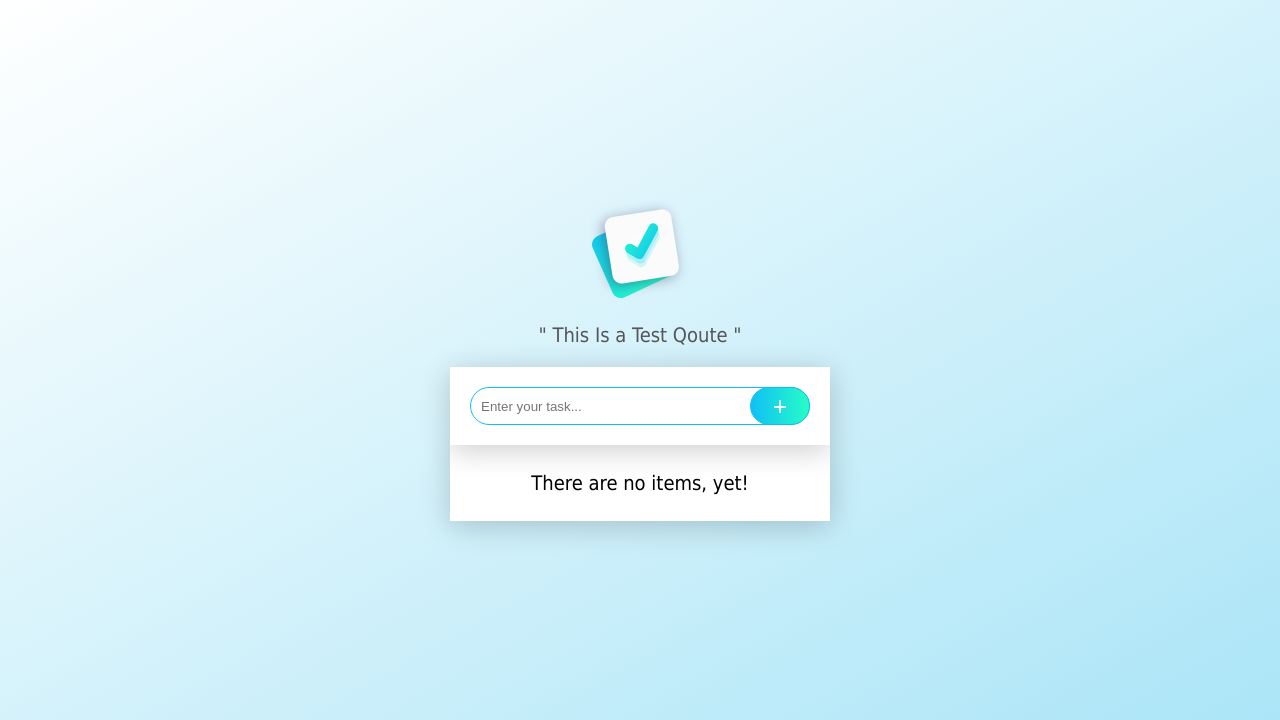
Repository: ahmedhamed15/React-Todo
Page: /
An editor plug-in stored every save of this project. The page is shown before and after the next save, followed by the edit.
The browser window is 1280 px wide. The pictures show the whole page.
The project was rebuilt for these pictures with package versions that can differ from the ones it lists, and the page was loaded fresh each time. Also part of the build but not shown: src/components/Todos/TodoItem/index.js.

Above is the page before, as saved 2021-07-27 02:13:58.

### src/index.js
import React from 'react';
import ReactDOM from 'react-dom';
import './index.scss';
import App from './App';

ReactDOM.render(<App />,document.getElementById('root'));

### src/index.scss
html {
  background-image: linear-gradient(to right bottom, #ffffff, #abe5f7);
  height: 100%;
  display: flex;
}
body {
  width: 100%;
  margin: auto;
  margin: 0;
  padding: 0;
  font-family: 'tahoma', arial;
}

#root {
  height: 100%;
}
.App {
  display: flex;
  flex-direction: column;
  justify-content: center;
  height: 100%;
}

/* width */
::-webkit-scrollbar {
  width: 5px;
}

/* Track */
::-webkit-scrollbar-track {
  background: #f1f1f1;
}

/* Handle */
::-webkit-scrollbar-thumb {
  background-image: linear-gradient(to bottom, #0FC0F5, #27FDC7);
}

/* Handle on hover */
::-webkit-scrollbar-thumb:hover {
  background-image: linear-gradient(to bottom, #27FDC7, #0FC0F5);
}

### src/App.js
import MainLogo from "./components/MainLogo";
import Qoute from "./components/Qoute";
import TodoList from "./components/Todos/TodoList";

function App() {
  return (
    <section className="App">
      <MainLogo />
      <Qoute />
      <TodoList />
    </section>
  );
}

export default App;

### src/components/MainLogo/index.js
import "./style.scss"

const index = () => {
    return (
        <section className="main-logo">
            <svg width="100px" height="100px" viewBox="0 0 100 100" version="1.1" xmlns="http://www.w3.org/2000/svg" xmlnsXlink="http://www.w3.org/1999/xlink">
                <desc>Created with Sketch.</desc>
                <defs>
                <linearGradient x1="34.9523037%" y1="0%" x2="116.039609%" y2="115.484477%" id="linearGradient-1">
                    <stop stopColor="#27FDC7" offset="0%"></stop>
                    <stop stopColor="#0FC0F5" offset="100%"></stop>
                </linearGradient>
                <rect id="path-2" x="19.8783454" y="5.46149939" width="67.2578578" height="67.2008596" rx="8.99999976"></rect>
                <filter x="-35.7%" y="-28.3%" width="162.4%" height="162.5%" filterUnits="objectBoundingBox" id="filter-3">
                    <feOffset dx="-3" dy="2" in="SourceAlpha" result="shadowOffsetOuter1"></feOffset>
                    <feGaussianBlur stdDeviation="6.5" in="shadowOffsetOuter1" result="shadowBlurOuter1"></feGaussianBlur>
                    <feColorMatrix values="0 0 0 0 0.0296505968   0 0 0 0 0.0172602666   0 0 0 0 0.100446429  0 0 0 0.423177083 0" type="matrix" in="shadowBlurOuter1"></feColorMatrix>
                </filter>
                <linearGradient x1="0%" y1="0%" x2="115.291753%" y2="112.548614%" id="linearGradient-4">
                    <stop stopColor="#27FDC7" offset="0%"></stop>
                    <stop stopColor="#0FC0F5" offset="83.2001616%"></stop>
                    <stop stopColor="#27FDC7" offset="100%"></stop>
                </linearGradient>
                <path d="M40.2086259,6.21042694 C39.2480415,5.24152695 38.1027468,4.75708888 36.7727039,4.75708888 C35.4426658,4.75708888 34.3096854,5.24152695 33.3737297,6.21042694 L16.3049725,23.7622477 L12.0193093,19.3649757 C11.0833536,18.3960804 9.9503732,17.9116376 8.62033507,17.9116376 C7.29029269,17.9116376 6.14499751,18.3960804 5.1844131,19.3649757 C4.24845898,20.3338709 3.78048896,21.5077058 3.78048896,22.8865186 C3.78048896,24.2653314 4.24845898,25.4391663 5.1844131,26.4080615 L12.8690505,34.3082476 C13.8296349,35.2771428 14.9749296,35.7615833 16.3049725,35.7615833 C17.6350106,35.7615833 18.767991,35.2771428 19.7039467,34.3082476 L40.2086259,13.2535128 C41.1445816,12.2597758 41.61255,11.0797257 41.61255,9.71333379 C41.61255,8.34694665 41.1445816,7.17932216 40.2086259,6.21042694 Z" id="path-5"></path>
                <filter x="-51.5%" y="-62.9%" width="203.1%" height="225.8%" filterUnits="objectBoundingBox" id="filter-6">
                    <feOffset dx="0" dy="0" in="SourceAlpha" result="shadowOffsetOuter1"></feOffset>
                    <feGaussianBlur stdDeviation="6.5" in="shadowOffsetOuter1" result="shadowBlurOuter1"></feGaussianBlur>
                    <feColorMatrix values="0 0 0 0 1   0 0 0 0 1   0 0 0 0 1  0 0 0 0.588937953 0" type="matrix" in="shadowBlurOuter1"></feColorMatrix>
                </filter>
                </defs>
                <g id="Page-1" stroke="none" strokeWidth="1" fill="none" fillRule="evenodd">
                <g id="Artboard-2" transform="translate(-214.000000, -272.000000)">
                    <g id="Group-4" transform="translate(201.000000, 269.000000)">
                        <g id="Group-3" transform="translate(58.787474, 58.534712) rotate(-6.000000) translate(-58.787474, -58.534712) translate(5.642436, 5.434712)">
                            <g id="Group-2" transform="translate(52.899385, 53.035097) rotate(7.000000) translate(-52.899385, -53.035097) translate(5.609309, 5.785097)">
                            <path d="M20.0219734,15.1240886 L74.1829282,14.1930575 C79.1527566,14.1076258 83.2508546,18.0672116 83.3362864,23.03704 C83.3371726,23.0885978 83.3376158,23.1401624 83.3376158,23.1917278 L83.3376158,72.0429044 C83.3376158,76.9531616 79.4018358,80.9571794 74.4923039,81.0415747 L20.3313491,81.9726057 C15.3615207,82.0580374 11.2634227,78.0984516 11.1779909,73.1286232 C11.1771047,73.0770654 11.1766615,73.0255009 11.1766615,72.9739354 L11.1766615,24.1227589 C11.1766615,19.2125016 15.1124415,15.2084838 20.0219734,15.1240886 Z" id="Rectangle" fill="url(#linearGradient-1)" transform="translate(47.257139, 48.082832) scale(-1, -1) rotate(-25.000000) translate(-47.257139, -48.082832) "></path>
                            <g id="Rectangle" transform="translate(53.507274, 39.061929) rotate(-10.000000) translate(-53.507274, -39.061929) ">
                                <use fill="black" fillOpacity="1" filter="url(#filter-3)" xlinkHref="#path-2"></use>
                                <use fill="#FBFBFB" fillRule="evenodd" xlinkHref="#path-2"></use>
                            </g>
                            </g>
                        </g>
                        <g id="Group-5" transform="translate(43.000000, 26.000000)">
                            <path d="M41.1093892,10.5623533 C40.1488048,9.59345333 39.0035101,9.10901526 37.6734673,9.10901526 C36.3434291,9.10901526 35.2104488,9.59345333 34.274493,10.5623533 L17.2057358,28.1141741 L12.9200727,23.716902 C11.9841169,22.7480068 10.8511366,22.263564 9.52109843,22.263564 C8.19105605,22.263564 7.04576086,22.7480068 6.08517646,23.716902 C5.14922234,24.6857973 4.68125232,25.8596322 4.68125232,27.238445 C4.68125232,28.6172578 5.14922234,29.7910927 6.08517646,30.7599879 L13.7698139,38.660174 C14.7303983,39.6290692 15.875693,40.1135096 17.2057358,40.1135096 C18.535774,40.1135096 19.6687543,39.6290692 20.6047101,38.660174 L41.1093892,17.6054392 C42.045345,16.6117022 42.5133134,15.4316521 42.5133134,14.0652602 C42.5133134,12.698873 42.045345,11.5312485 41.1093892,10.5623533 Z" id="Page-1" fill="url(#linearGradient-4)" opacity="0.3" transform="translate(23.597283, 24.611262) rotate(-16.000000) translate(-23.597283, -24.611262) "></path>
                            <path d="M42.0101526,14.2623533 C41.0495682,13.2934533 39.9042735,12.8090153 38.5742306,12.8090153 C37.2441925,12.8090153 36.1112121,13.2934533 35.1752564,14.2623533 L18.1064992,31.8141741 L13.820836,27.416902 C12.8848803,26.4480068 11.7518999,25.963564 10.4218618,25.963564 C9.09181941,25.963564 7.94652422,26.4480068 6.98593982,27.416902 C6.78271177,27.6272827 6.60154798,27.8473258 6.4424483,28.0770317 C5.8688243,28.9052219 5.58201568,29.8590202 5.58201568,30.938445 C5.58201568,32.3172578 6.04998569,33.4910927 6.98593982,34.4599879 L14.6705772,42.360174 C15.6311616,43.3290692 16.7764563,43.8135096 18.1064992,43.8135096 C19.4365373,43.8135096 20.5695177,43.3290692 21.5054734,42.360174 L42.0101526,21.3054392 C42.9461083,20.3117022 43.4140767,19.1316521 43.4140767,17.7652602 C43.4140767,16.398873 42.9461083,15.2312485 42.0101526,14.2623533 Z" id="Page-1" fill="url(#linearGradient-4)" opacity="0.2" transform="translate(24.498046, 28.311262) rotate(-16.000000) translate(-24.498046, -28.311262) "></path>
                            <g id="Page-1" transform="translate(22.696519, 20.259336) rotate(-16.000000) translate(-22.696519, -20.259336) ">
                            <use fill="black" fillOpacity="1" filter="url(#filter-6)" xlinkHref="#path-5"></use>
                            <use fill="url(#linearGradient-4)" fillRule="evenodd" xlinkHref="#path-5"></use>
                            </g>
                        </g>
                    </g>
                </g>
                </g>
            </svg>
        </section>
    )
}

export default index

### src/components/Qoute/index.js
import "./style.scss"

const index = () => {
    return (
        <section className="qoute">
            <blockquote> This Is a Test Qoute </blockquote>
        </section>
    )
}

export default index

### src/components/Todos/TodoList/index.js
import React, {useState} from 'react';
import TodoItem from "../TodoItem";
import TodoFrom from "../TodoForm";
import "./style.scss"

const Index = () => {

    // Main State
    const [state, setState] = useState({
        tasks: localStorage.getItem('tasks') ? JSON.parse(localStorage.getItem('tasks')) : [],
        error: ''
    });

    // Add A New Item
    const addNewItem = (title) => {
        if (title.trim() !== '') {
            let newItems = {
                    id: Math.random(),
                    title,
                    done: false
                };
            setState({
                tasks: [...state.tasks, newItems],
                error: ''
            });
            localStorage.setItem('tasks', JSON.stringify([...state.tasks, newItems]));
        } else {
            setState({
                tasks: [...state.tasks],
                error: "You must add real value!"
            });
            localStorage.setItem('tasks', JSON.stringify([...state.tasks]));
        }
    }

    // Set Item State
    const setItemState = (id) => {
        let curItems = [...state.tasks],
            newItems = curItems.map( (item) => {
                if (item.id === id) {
                    item.done = !item.done;
                    return item;
                }
                return item;
            });
        setState({
            tasks: newItems,
            error: ''
        });
        localStorage.setItem('tasks', JSON.stringify(newItems));
    }

    // Delete an Item
    const deleteItem = (id) => {
        let curItems = [...state.tasks],
            newItems = curItems.filter( (item) => item.id !== id);
        setState({
            tasks: newItems,
            error: ''
        });
        localStorage.setItem('tasks', JSON.stringify(newItems));
    }

    return (
        <section className="todos-list">

            {/* General SVG code for checkbox */}
            <svg viewBox="0 0 0 0" style={ {position: 'absolute', zIndex: '-1', opacity: '0'} }>
                <defs>
                <linearGradient id="boxGradient" gradientUnits="userSpaceOnUse" x1="0" y1="0" x2="25" y2="25">
                    <stop offset="0%"   stopColor="#27FDC7"/>
                    <stop offset="100%" stopColor="#0FC0F5"/>
                </linearGradient>

                <linearGradient id="lineGradient">
                    <stop offset="0%"    stopColor="#0FC0F5"/>
                    <stop offset="100%"  stopColor="#27FDC7"/>
                </linearGradient>

                <path id="todo__line" stroke="url(#lineGradient)" d="M21 12.3h168v0.1z"></path>
                <path id="todo__box" stroke="url(#boxGradient)" d="M21 12.7v5c0 1.3-1 2.3-2.3 2.3H8.3C7 20 6 19 6 17.7V7.3C6 6 7 5 8.3 5h10.4C20 5 21 6 21 7.3v5.4"></path>
                <path id="todo__check" stroke="url(#boxGradient)" d="M10 13l2 2 5-5"></path>
                <circle id="todo__circle" cx="13.5" cy="12.5" r="10"></circle>
                </defs>
            </svg>


            {/* Todo From */}
            <TodoFrom addNewItem={addNewItem} errorMsg={state.error} />

            {/* Todos List */}
            <div className="todo-list">
                {/* { state.error !== '' && (<div className="todo"> {state.error} </div>) } */}
                { state.tasks.length > 0 ? state.tasks.map( (item) => <TodoItem key={item.id} task={item} setItemState={setItemState} deleteItem={deleteItem} /> ) : (<div className="no-result"> There are no items, yet! </div>) }
            </div>

        </section>
    )
}

export default Index

### src/components/MainLogo/style.scss
.main-logo {
    text-align: center;
}

### src/components/Qoute/style.scss
.qoute {
    text-align: center;
    blockquote {
        font: {
            size: 20px;
            family: 'tahoma', arial;
            weight: 500;
        }
        color: #555;
        &::after,
        &::before {
            content: ' " ';
        }
    }
}

### src/components/Todos/TodoForm/index.js
import React, {useState} from "react";
import "./style.scss";

const Index = ({ addNewItem, errorMsg }) => {

    // Init Value
    const [state, setState] = useState('');

    // Submit Handle
    const submitHandle = (e) => {
        e.preventDefault();
        addNewItem(e.target.title.value);
        setState('');
    }

    return (
        <form className="todo-form" onSubmit={submitHandle}>
            <input type="text" className="todo-form__input-type" name="title" placeholder="Enter your task..." onChange={(e) => setState(e.target.value)} value={state} />
            <button type="submit" className="todo-form__button-type"> + </button>
            {errorMsg !== '' && (<div className="error-message"> {errorMsg} </div>)}
        </form>
    )
}

export default Index

### src/components/Todos/TodoList/style.scss
.todo-list {
    background: #FFF;
    font-size: 20px;
    max-width: 17em;
    margin: auto;
    padding: 0.5em 1em;
    box-shadow: 0 5px 30px rgba(0, 0, 0, 0.2);
    max-height: 345px;
    overflow-y: auto;
    overflow-x: hidden;
    direction: rtl;
}

### src/components/Todos/TodoItem/style.scss
  .todo {
    display: block;
    position: relative;
    padding: 1em 0.3em 1em 16%;
    margin: 0 auto;
    cursor: pointer;
    direction: ltr;
  }
  .no-result {
    padding: 1rem;
    text-align: center;
    direction: ltr;
  }
  .todo:last-child {
    border-bottom: none;
  }
  .todo__state {
    position: absolute;
    top: 0;
    left: 0;
    opacity: 0;
  }
  .todo__text {
    color: #135156;
    transition: all 0.4s linear 0.4s;
    padding-left: 0;
    text-align: left;
    word-break: break-word;
  }
  .todo__icon {
    position: absolute;
    top: 0;
    bottom: 0;
    left: 0;
    width: 100%;
    height: auto;
    margin: auto;
    fill: none;
    stroke: #27FDC7;
    stroke-width: 2;
    stroke-linejoin: round;
    stroke-linecap: round;
    z-index: 999;
  }
  .todo__line,
  .todo__box,
  .todo__check {
    transition: stroke-dashoffset 0.8s cubic-bezier(0.9, 0, 0.5, 1);
  }
  .todo__circle {
    stroke: #27FDC7;
    stroke-dasharray: 1 6;
    stroke-width: 0;
    transform-origin: 13.5px 12.5px;
    transform: scale(0.4) rotate(0deg);
    -webkit-animation: none 0.8s linear;
            animation: none 0.8s linear;
  }
  @-webkit-keyframes explode {
    30% {
      stroke-width: 3;
      stroke-opacity: 1;
      transform: scale(0.8) rotate(40deg);
    }
    100% {
      stroke-width: 0;
      stroke-opacity: 0;
      transform: scale(1.1) rotate(60deg);
    }
  }
  @keyframes explode {
    30% {
      stroke-width: 3;
      stroke-opacity: 1;
      transform: scale(0.8) rotate(40deg);
    }
    100% {
      stroke-width: 0;
      stroke-opacity: 0;
      transform: scale(1.1) rotate(60deg);
    }
  }
  .todo__box {
    stroke-dasharray: 56.1053, 56.1053;
    stroke-dashoffset: 0;
    transition-delay: 0.16s;
  }
  .todo__check {
    stroke: #27FDC7;
    stroke-dasharray: 9.8995, 9.8995;
    stroke-dashoffset: 9.8995;
    transition-duration: 0.32s;
  }
  .todo__line {
    stroke-dasharray: 168, 1684;
    stroke-dashoffset: 168;
  }
  .todo__circle {
    -webkit-animation-delay: 0.56s;
            animation-delay: 0.56s;
    -webkit-animation-duration: 0.56s;
            animation-duration: 0.56s;
  }
  .todo__state:checked ~ .todo__text {
    transition-delay: 0s;
    color: #5EBEC1;
    opacity: 0.6;
  }
  .todo__state:checked ~ .todo__icon .todo__box {
    stroke-dashoffset: 56.1053;
    transition-delay: 0s;
  }
  .todo__state:checked ~ .todo__icon .todo__line {
    stroke-dashoffset: -8;
  }
  .todo__state:checked ~ .todo__icon .todo__check {
    stroke-dashoffset: 0;
    transition-delay: 0.48s;
  }
  .todo__state:checked ~ .todo__icon .todo__circle {
    -webkit-animation-name: explode;
            animation-name: explode;
  }
  .todo-item {
    position: relative;
    margin-right: 30px;
    &:not(:last-child) {
      .todo {
        border-bottom: solid 1px #ddd;
      }
    }
  }
  .todo__delete-btn {
    color: red;
    font: {
      size: 19px;
      weight: bold
    };
    position: absolute;
    top: 50%;
    right: -25px;
    transform: translateY(-50%);
    background-image: linear-gradient(to right, #0FC0F5, #27FDC7);
    width: 25px;
    height: 25px;
    text-align: center;
    border-radius: 50%;
    cursor: pointer;
  }

### src/components/Todos/TodoForm/style.scss
.todo-form {
    background: #FFF;
    font-size: 20px;
    max-width: 17em;
    margin: auto;
    padding: 1em;
    box-shadow: 0 5px 30px rgba(0, 0, 0, 0.2);
    display: flex;
    position: relative;
    flex-wrap: wrap;
    .todo-form__input-type,
    .todo-form__button-type {
        height: 30px;
        border: 1px solid #0FC0F5;
    }
    .todo-form__input-type {
        width: 100%;
        padding: 3px 10px;
        border-radius: 30px;
        padding-right: 65px;
        &:focus {
            outline: 0;
        }
    }
    .todo-form__button-type {
        border-radius: 30px;
        width: 60px;
        height: 38px;
        background: none;
        color: #FFF;
        cursor: pointer;
        position: absolute;
        right: 0.8em;
        background-image: linear-gradient(to right, #0FC0F5, #27FDC7);
        border: 1px solid #0FC0F5;
        top: 20px;
        font: {
            size: 25px;
        }
        &:focus {
            outline: 0;
        }
    }
}
.error-message {
    width: 100%;
    text-align: center;
    font-size: 15px;
    color: red;
    margin-top: 10px;
}

Loaded but not shown: public/index.html (common file)

After the next save:
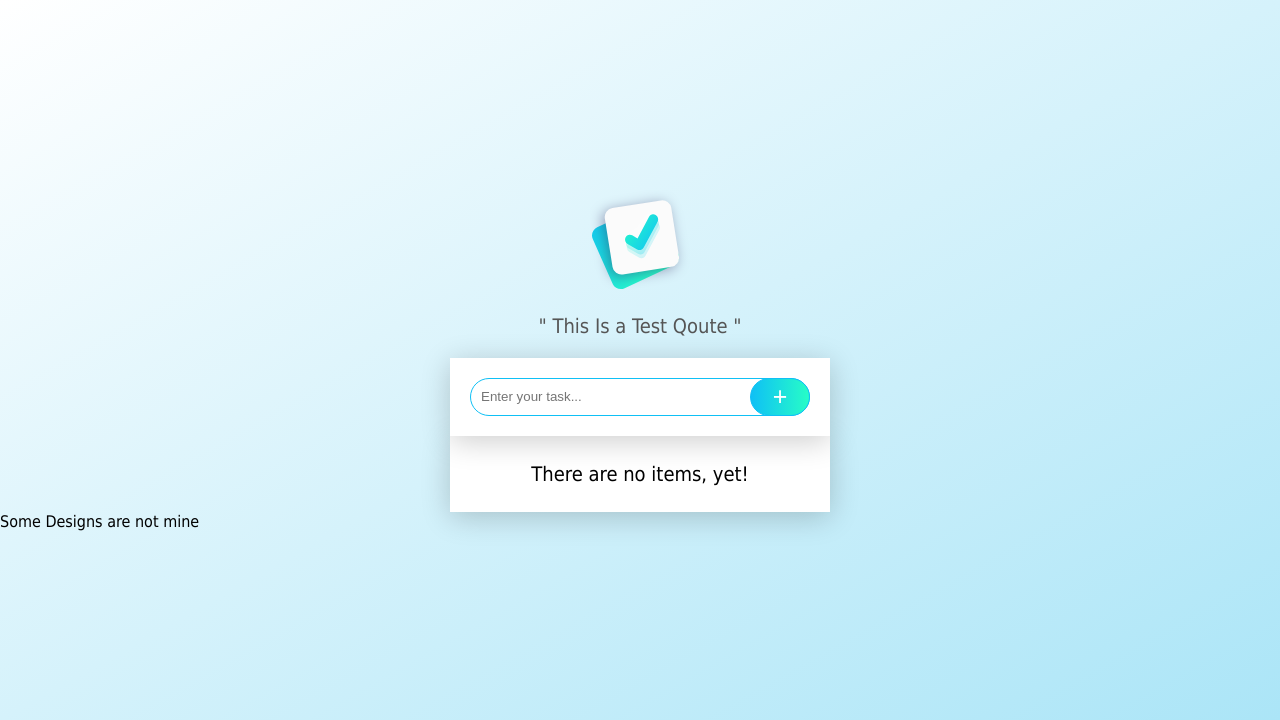
Saved 34 s later.
--- a/src/components/Todos/TodoList/index.js
+++ b/src/components/Todos/TodoList/index.js
@@ -93,6 +93,7 @@ const Index = () => {
                 {/* { state.error !== '' && (<div className="todo"> {state.error} </div>) } */}
                 { state.tasks.length > 0 ? state.tasks.map( (item) => <TodoItem key={item.id} task={item} setItemState={setItemState} deleteItem={deleteItem} /> ) : (<div className="no-result"> There are no items, yet! </div>) }
             </div>
+            <article> Some Designs are not mine </article>
 
         </section>
     )
